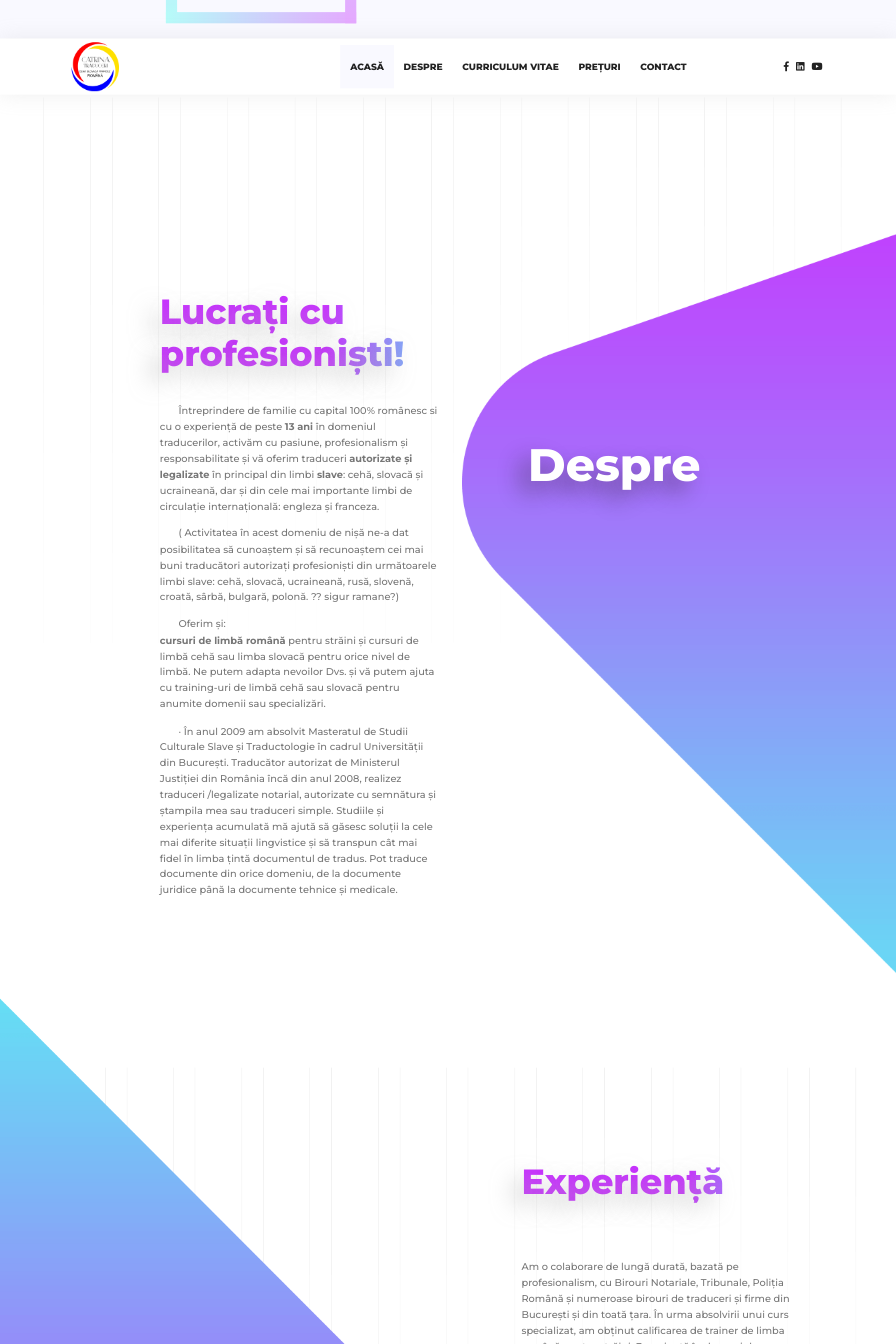
Repository: roscaImarius/site_traduceri
Page: index.html
These files come from the project's save history. The page is drawn as it stood at one moment and after the next save; the edit follows.
The browser window is 1280 px wide. The pictures show the part of the page from y = 556 to 2476 px (the page is 7580 px tall), at 70% of full size.

Above is the page before, as saved 2022-03-17 15:13:13.

After the next save:
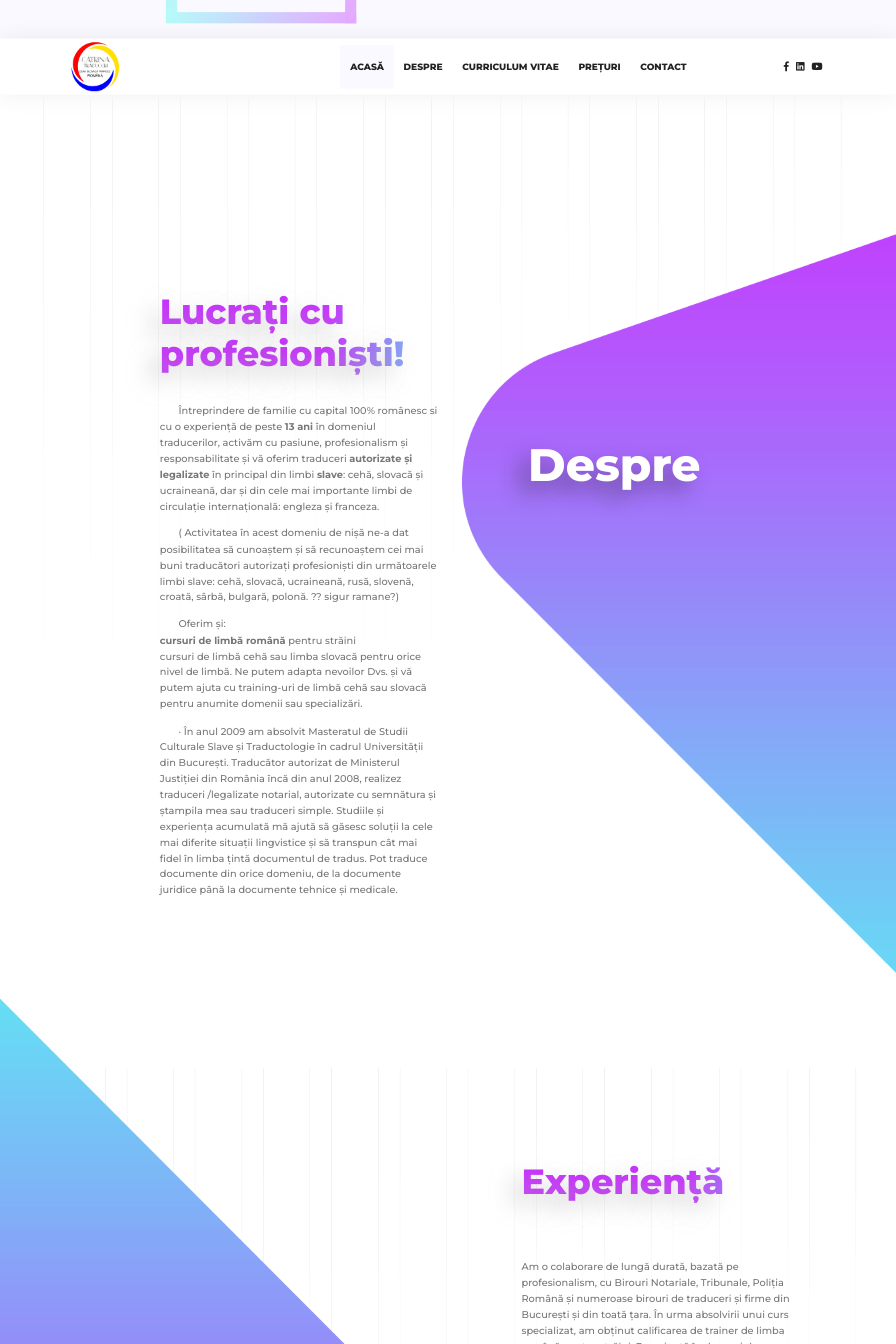
Saved 18 s later.
--- a/index.html
+++ b/index.html
@@ -156,10 +156,11 @@
             <p style="text-indent: 20pt">
               Oferim și: <br />
               <span style="font-weight: bold">cursuri de limbă română</span>
-              pentru străini și cursuri de limbă cehă sau limba slovacă pentru
-              orice nivel de limbă. Ne putem adapta nevoilor Dvs. și vă putem
-              ajuta cu training-uri de limbă cehă sau slovacă pentru anumite
-              domenii sau specializări.
+              pentru străini <br />
+              cursuri de limbă cehă sau limba slovacă pentru orice nivel de
+              limbă. Ne putem adapta nevoilor Dvs. și vă putem ajuta cu
+              training-uri de limbă cehă sau slovacă pentru anumite domenii sau
+              specializări.
             </p>
             <p class="mb-50" style="text-indent: 20pt">
               &middot; În anul 2009 am absolvit Masteratul de Studii Culturale
